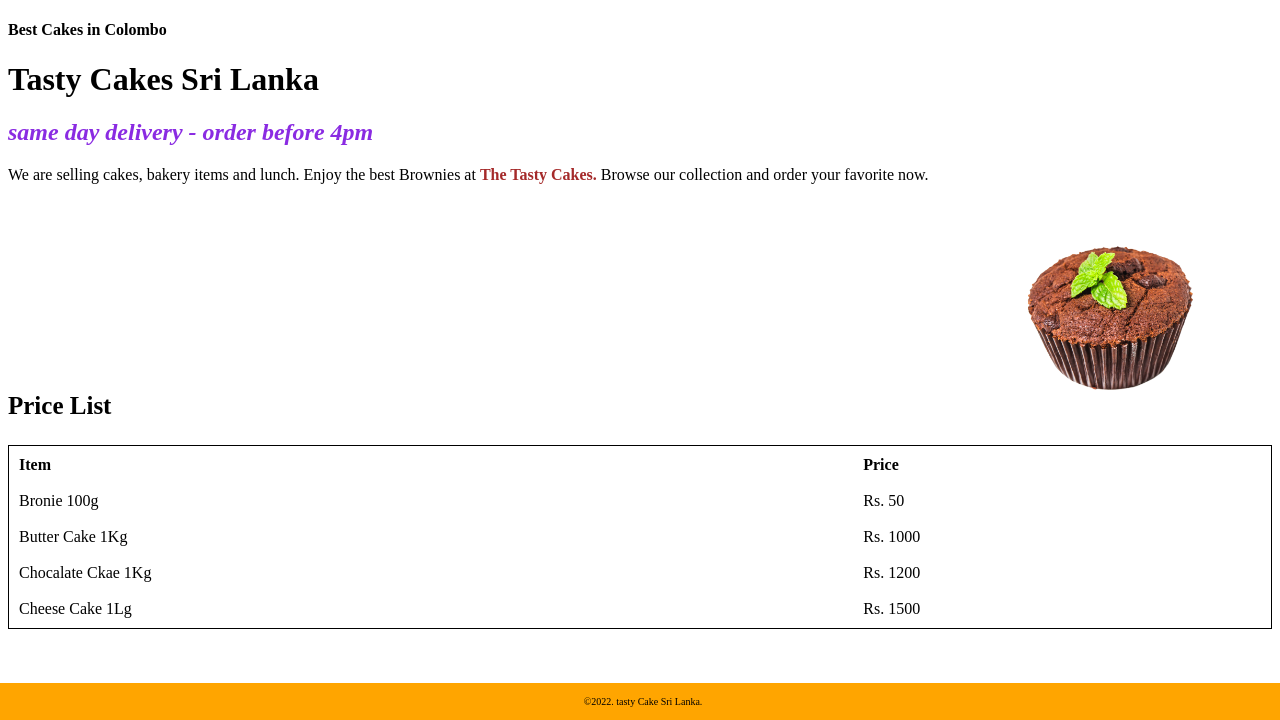
Repository: DhananjayaLakshan/Uom-Web_Design_For_Beginners
Page: work01/index.html
The author's editor kept a copy of each file at every save. The page is drawn from the files as they stood at one save, then again after the next save.
The browser window is 1280 px wide. The pictures show the whole page.

Above is the page before, as saved 2023-11-24 18:33:22.

### work01/index.html
<!DOCTYPE html>
<html lang="en">
<head>
    <title>Tasty Cakes Sri Lanka</title>
    <link rel="stylesheet" type="text/css" href="styles.css">
</head>
<body>
    <h4>Best Cakes in Colombo</h4>
    <h1>Tasty Cakes Sri Lanka</h1>

    <h2 class="tagline">same day delivery - order before 4pm </h2>
    <p>We are selling cakes, bakery items and lunch. Enjoy the best Brownies at <strong style="color: brown;"> The Tasty Cakes.</strong>
        Browse our collection and order your favorite now.</p>

    <img src="image-01.png" width="320px" alt="cake picture"><br><br><br><br>


    <table>
        <p class="pricetopic">Price List</p>

        <tr>
            <th>Item</th>
            <th>Price</th>
        </tr>

        <tr>
            <td>Bronie 100g</td>
            <td>Rs. 50</td>
        </tr>

        <tr>
            <td>Butter Cake 1Kg</td>
            <td>Rs. 1000</td>
        </tr>

        <tr>
            <td>Chocalate Ckae 1Kg</td>
            <td>Rs. 1200</td>
        </tr>

        <tr>
            <td>Cheese Cake 1Lg</td>
            <td>Rs. 1500</td>
        </tr>

    </table>

    <footer>
        <p>&copy;2022. tasty Cake Sri Lanka.</p>
    </footer>


</body>
</html>

### work01/styles.css
.tagline{
    color: blueviolet;
    font-style: italic;
}

img{
    float: right;
}

.pricetopic{
    margin-top: 120px;
    font-size: 25px;
    font-weight: bold;
}

table{
    border: 1px solid black;
    width: 100%;

}

td,th{
    text-align: left;
    padding: 8px;
}

footer{
    text-align: center;
    font-family: 'Times New Roman', Times, serif;
    font-size: 10px;
    margin-top: 500px;
    padding: 3px;
    background-color: orange;
    color:black;
    position: fixed;
    bottom: 0;
    left: 0;
    width: 100%;

}

After the next save:
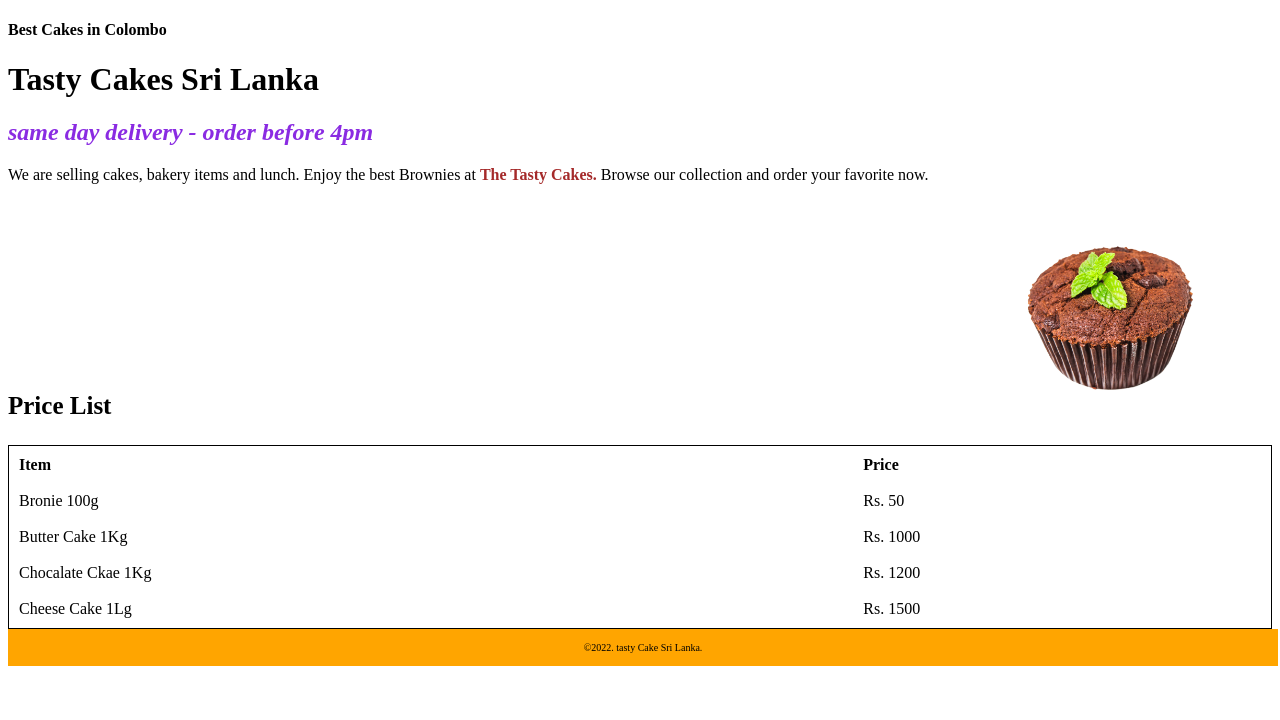
Saved 16 s later.
--- a/work01/styles.css
+++ b/work01/styles.css
@@ -28,11 +28,9 @@ footer{
     text-align: center;
     font-family: 'Times New Roman', Times, serif;
     font-size: 10px;
-    margin-top: 500px;
     padding: 3px;
     background-color: orange;
     color:black;
-    position: fixed;
     bottom: 0;
     left: 0;
     width: 100%;
